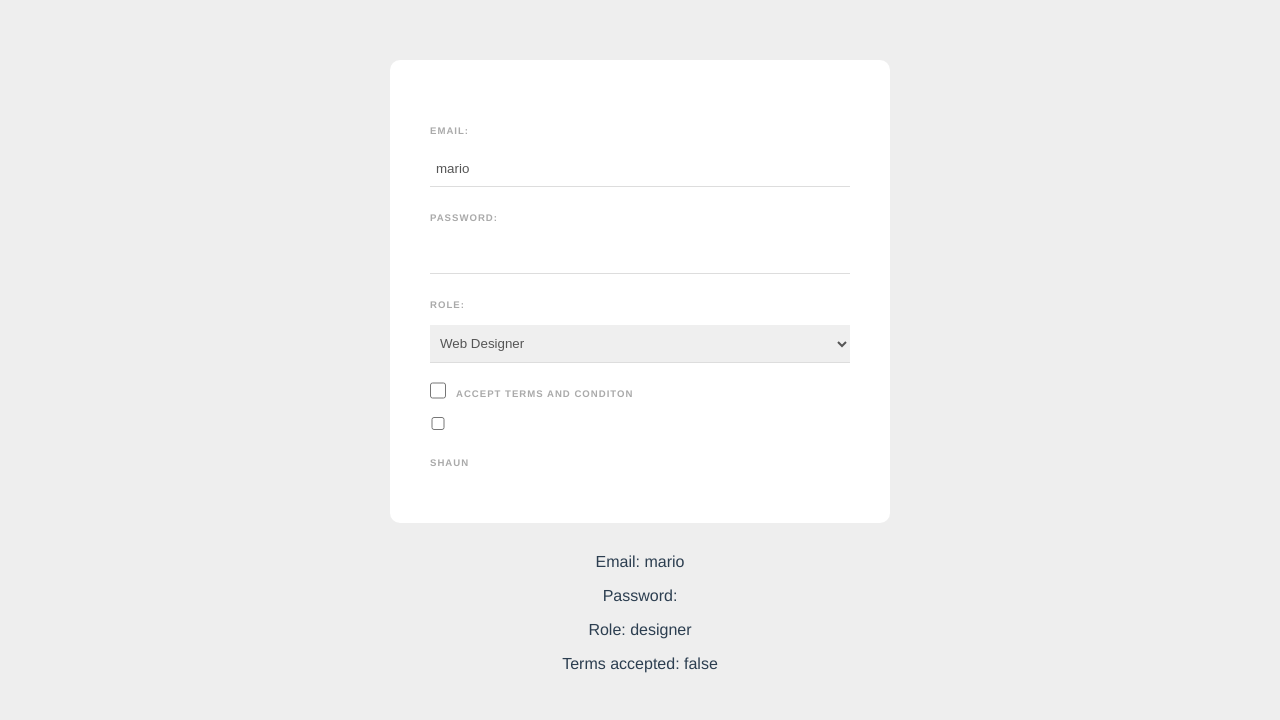
Repository: pin-seavmuy/Vue-Js
Page: /
An editor plug-in stored every save of this project. The page is shown before and after the next save, followed by the edit.
The browser window is 1280 px wide. The pictures show the whole page.
The project was rebuilt for these pictures with package versions that can differ from the ones it lists, and the page was loaded fresh each time. Also part of the build but not shown: vue.config.js.

Above is the page before, as saved 2023-11-15 23:58:21.

### src/App.vue
<template>
  <SignupForm/>
</template>

<script>
import SignupForm from './components/SignupForm.vue'

export default {
  name: 'App',
  components: {
    SignupForm
  }
}
</script>

<style>
#app {
  font-family: Avenir, Helvetica, Arial, sans-serif;
  -webkit-font-smoothing: antialiased;
  -moz-osx-font-smoothing: grayscale;
  text-align: center;
  color: #2c3e50;
  margin-top: 60px;
}
body{
  margin: 0;
  background: #eee;

}
</style>

### src/components/SignupForm.vue
<template>
  <form>
    <label>Email:</label>
    <input type="email" required v-model="email">

    <label>Password:</label>
    <input type="password" required v-model="password">

        <label>Role:</label>
        <select v-model="role">
            <option value="developer">Web Developer</option>
            <option value="designer">Web Designer</option>
        </select>

        <div class="terms">
            <input type="checkbox" required v-model="terms">
            <label>Accept terms and conditon</label>
        </div>

        <div>
            <input type="checkbox" v-model="names">
            <label>Shaun</label>
        </div>
  </form>

  <p>Email: {{ email }}</p>
  <p>Password: {{ password }}</p>
  <p>Role: {{ role}}</p>
  <p>Terms accepted: {{terms}}</p>
</template>

<script>
export default {
    data(){
        return{
            email: 'mario',
            password: '',
            role: 'designer',
            terms: false,
            names: []
        }
    },
    components: []
}
</script>

<style>
    form{
        max-width: 420px;
        margin: 30px auto;
        background: #fff;
        text-align: left;
        padding: 40px;
        border-radius: 10px;
    }
    label{
        color: #aaa;
        display: flex;
        margin: 25px 0 15px;
        font-size: 0.6em;
        text-transform: uppercase;
        letter-spacing: 1px;
        font-weight: bold;
    }
    input, select{
        display: block;
        padding: 10px 6px;
        width: 100%;
        box-sizing: border-box;
        border: none;
        border-bottom: 1px solid #ddd;
        color: #555;
    }
    input[type="checkbox"]{
        display: inline-block;
        width: 16px;
        margin: 0 10px 0 0;
        position: relative;
        top: 2px;
    }
    .terms{
        display: flex
    }
</style>

Loaded but not shown: public/index.html (common file); src/main.js (common file)

After the next save:
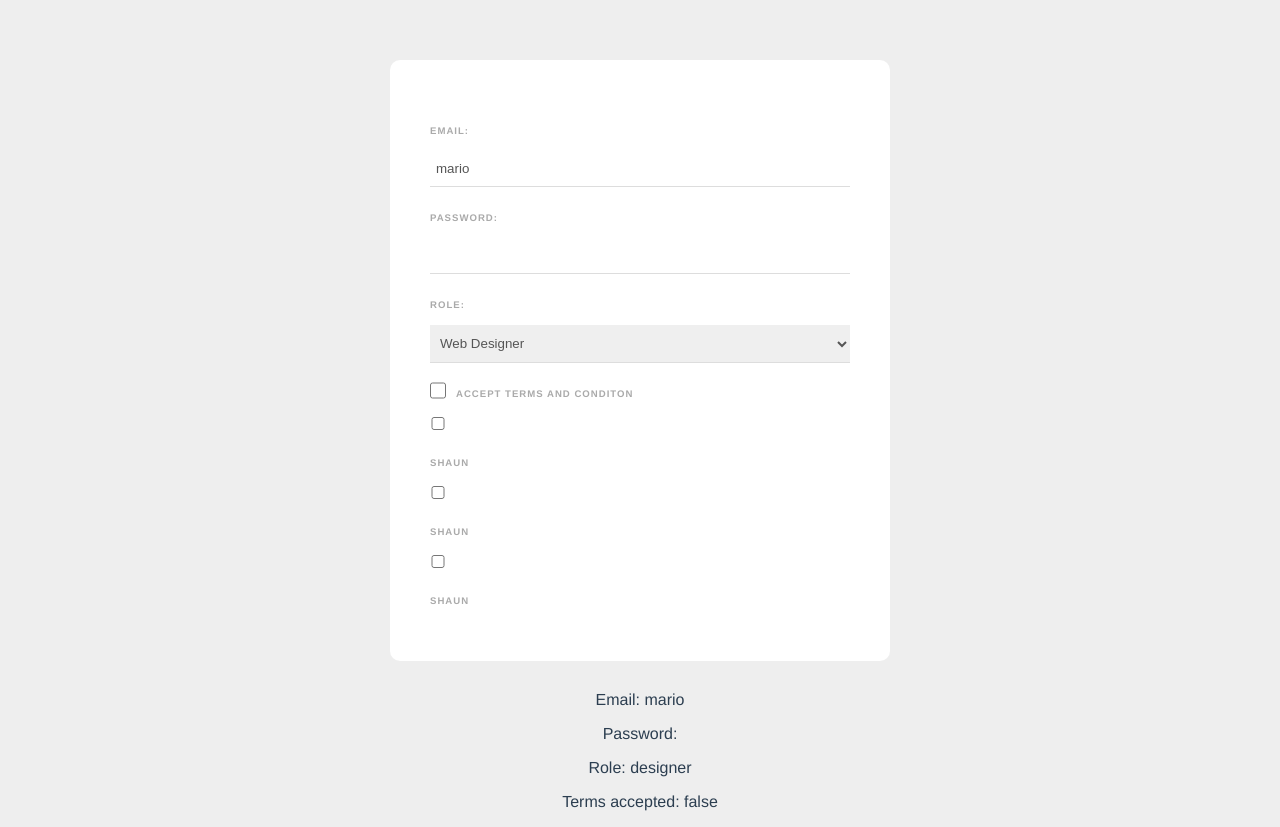
Saved 19 s later.
--- a/src/components/SignupForm.vue
+++ b/src/components/SignupForm.vue
@@ -17,6 +17,14 @@
             <label>Accept terms and conditon</label>
         </div>
 
+        <div>
+            <input type="checkbox" v-model="names">
+            <label>Shaun</label>
+        </div>
+        <div>
+            <input type="checkbox" v-model="names">
+            <label>Shaun</label>
+        </div>
         <div>
             <input type="checkbox" v-model="names">
             <label>Shaun</label>
